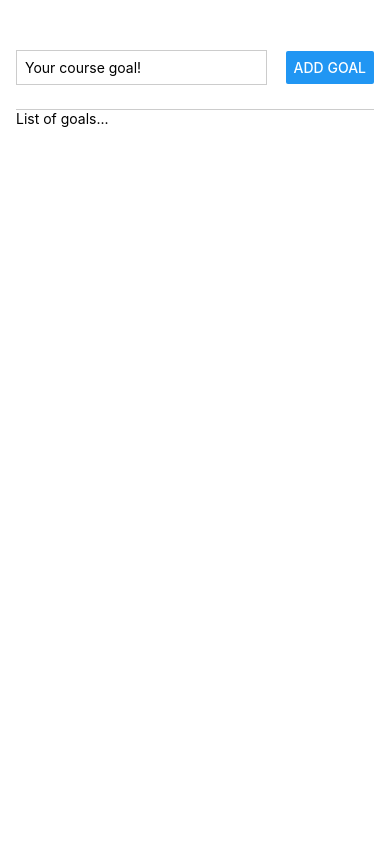
Repository: akinolapo/ToDoApp
Screen: /
These files come from the project's save history. The screen is drawn as it stood at one moment and after a run of saves; the edit follows.
The app was drawn by React Native's web renderer in a window 390 px wide. The project was rebuilt for these pictures with package versions that can differ from the ones it lists, and the page was loaded fresh each time.

Above is the screen before, as saved 2022-09-15 13:51:41.

After the next 3 saves:
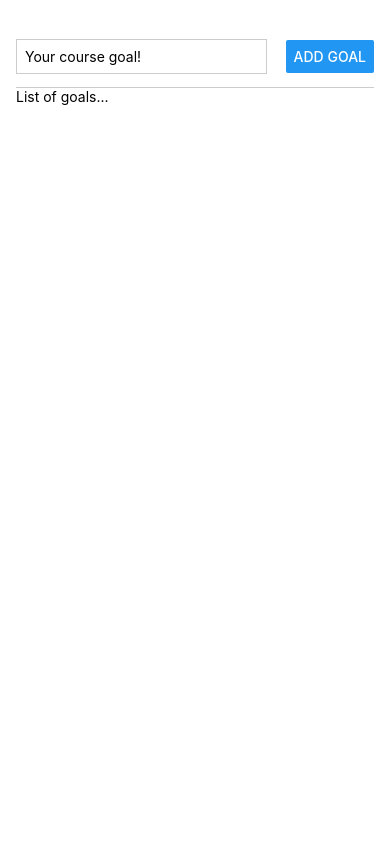
The 3 saves are shown as one change because they came seconds apart.
The last was saved 8 s later.
--- a/App.js
+++ b/App.js
@@ -7,7 +7,7 @@ export default function App() {
         <TextInput style={styles.textInput} placeholder='Your course goal!'/>
         <Button title='Add Goal'/>
       </View>
-      <View style>
+      <View style={styles.goalsContainer}>
         <Text>List of goals...</Text>
       </View>
     </View>
